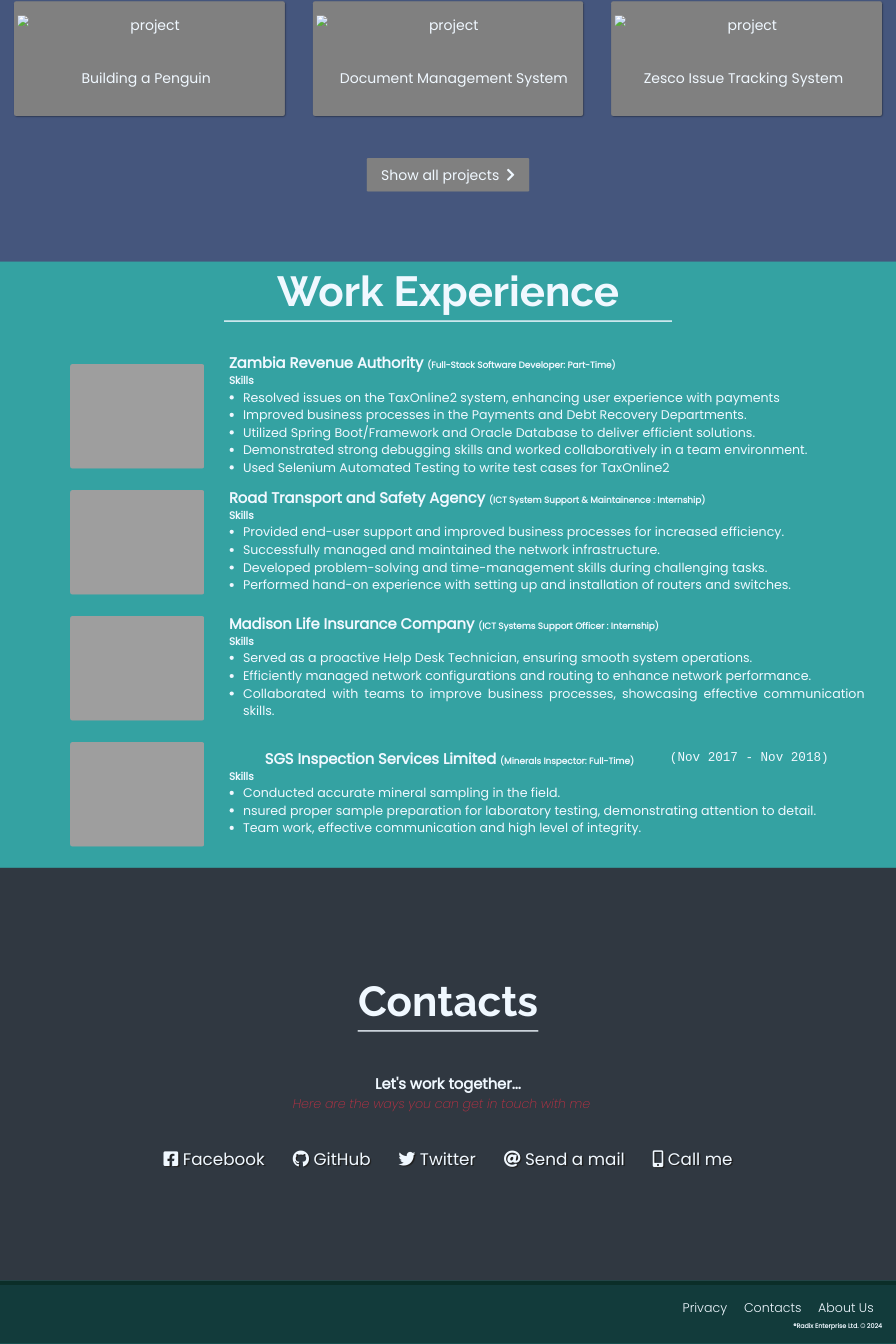
Repository: Lungdjos/personal_portifolio
Page: html/index.html
An editor plug-in stored every save of this project. The page is shown before and after the next save, followed by the edit.
The browser window is 1280 px wide. The pictures show the part of the page from y = 1224 to 3144 px (the page is 3144 px tall), at 70% of full size.
Pictures or frames that could not be fetched are drawn as grey boxes. Some web libraries are served in a nearby version.

Above is the page before, as saved 2024-02-04 02:41:15.

### html/index.html
<!DOCTYPE html>
<html lang="en">

<head>
    <meta charset="UTF-8">
    <meta name="viewport" content="width=device-width, initial-scale=1.0">
    <title>Personal Portifolio</title>
    <link rel="stylesheet" href="/css/styles.css">
    <link rel="stylesheet" href="https://use.fontawesome.com/releases/v5.8.2/css/all.css" integrity="sha384-oS3vJWv+0UjzBfQzYUhtDYW+Pj2yciDJxpsK1OYPAYjqT085Qq/1cq5FLXAZQ7Ay" crossorigin="anonymous">
    <link href="https://fonts.googleapis.com/css?family=Poppins:200i,300,400&amp;display=swap" rel="stylesheet">
    <link href="https://fonts.googleapis.com/css?family=Raleway:700&amp;display=swap" rel="stylesheet">
    <script src="edge-extension://ajdpfmkffanmkhejnopjppegokpogffp/assets/prompt.js"></script>
</head>

<body>
    <header class="header">
        <nav id="navbar">
            <ul class="nav-list">
                <li><a href="#welcome-section" class="nav-link"><i class=""></i>Home</a></li>
                <li>
                    <a href="#project-section" class="nav-link"> <i class=""></i>Projects</a>
                </li>
                <li>
                    <a href="#work-experience-section" class="nav-link"> <i class=""></i>Experience</a>
                </li>
                <li><a href="#contact-section" class="nav-link"><i class=""></i>Contacts</a></li>
            </ul>
        </nav>
    </header>
    <main class="m-3">
        <div id="spacer"></div>
        <section class="home" id="welcome-section">
            <div id="welcome-section">
                <h1 id="title">Hi there, I am Lungu</h1>
                <p id="sub-title"><span>a</span> <span>full-stack</span> <span>software</span> <span>developer</span></p>
            </div>
        </section>

        <div id="spacer"></div>
        <section class="project-section" id="project-section">
            <h1 id="project-heading" class="heading">Here are some Projects I have done</h1>

            <div class="project-grid">
                <a href="#" target="_blank" class="project project-title">
                    <img class="project-image" src="" alt="project">
                    <p class="project-title">
                        <span class="code">&lt;</span>Technical Document Page
                        <span class="code">/&gt;</span>
                    </p>
                </a>

                <a href="#" target="_blank" class="project project-title">
                    <img class="project-image" src="" alt="project">
                    <p class="project-title">
                        <span class="code">&lt;</span> Piano
                        <span class="code">/&gt;</span>
                    </p>
                </a>

                <a href="#" target="_blank" class="project project-title">
                    <img class="project-image" src="" alt="project">
                    <p class="project-title">
                        <span class="code">&lt;</span> Tribute Page
                        <span class="code">/&gt;</span>
                    </p>
                </a>

                <a href="#" target="_blank" class="project project-title">
                    <img class="project-image" src="" alt="project">
                    <p class="project-title">
                        <span class="code">&lt;</span> Building a Penguin
                        <span class="code">/&gt;</span>
                    </p>
                </a>

                <a href="#" target="_blank" class="project project-title">
                    <img class="project-image" src="" alt="project">
                    <p class="project-title">
                        <span class="code">&lt;</span> Document Management System
                        <span class="code">/&gt;</span>
                    </p>
                </a>

                <a href="#" target="_blank" class="project project-title">
                    <img class="project-image" src="" alt="project">
                    <p class="project-title">
                        <span class="code">&lt;</span> Zesco Issue Tracking System
                        <span class="code">/&gt;</span>
                    </p>
                </a>
            </div>

            <a href="#" class="btn btn-show-all" target="_blank">Show all projects<i class="fas fa-chevron-right"></i></a>
        </section>
        <div id="spacer"></div>
        <section class="work-exp-section" id="work-experience-section">
            <h1 class="heading work-exp-heading">Work Experience</h1>
            <div id="grid">
                <div id="icon"><img src="https://th.bing.com/th?id=OIP.rCZtK_dDgujHTn0u4EiHUwHaEX&w=325&h=191&c=8&rs=1&qlt=90&o=6&pid=3.1&rm=2" alt="icon"></div>
                <div class="experience">
                    <h3>Zambia Revenue Authority <small>(Full-Stack Software Developer: Part-Time)</small></h3>
                    <h5 class="skills">Skills</h5>
                    <p>
                        <ul>
                            <li>Resolved issues on the TaxOnline2 system, enhancing user experience with payments</li>
                            <li>Improved business processes in the Payments and Debt Recovery Departments.</li>
                            <li>Utilized Spring Boot/Framework and Oracle Database to deliver efficient solutions.</li>
                            <li>Demonstrated strong debugging skills and worked collaboratively in a team environment.</li>
                            <li>Used Selenium Automated Testing to write test cases for TaxOnline2</li>
                        </ul>
                    </p>
                </div>
            </div>

            <div id="grid">
                <div id="icon"><img src="https://th.bing.com/th?id=OIP.iDj6ErR_9QzKQiRz5T8xHQAAAA&w=158&h=159&c=8&rs=1&qlt=90&o=6&pid=3.1&rm=2" alt="icon"></div>
                <div class="experience">
                    <h3>Road Transport and Safety Agency <small>(ICT System Support & Maintainence : Internship)</small></h3>
                    <h5 class="skills">Skills</h5>
                    <p>
                        <ul>
                            <li>Provided end-user support and improved business processes for increased efficiency.</li>
                            <li>Successfully managed and maintained the network infrastructure.</li>
                            <li>Developed problem-solving and time-management skills during challenging tasks.</li>
                            <li>Performed hand-on experience with setting up and installation of routers and switches.</li>
                        </ul>
                    </p>
                </div>
            </div>

            <div id="grid">
                <div id="icon"><img src="https://th.bing.com/th?id=OIP.sgcljO8ZBHyturyXo14g8wAAAA&w=216&h=103&c=8&rs=1&qlt=90&o=6&pid=3.1&rm=2" alt="icon"></div>
                <div class="experience">
                    <h3>Madison Life Insurance Company <small>(ICT Systems Support Officer : Internship)</small></h3>
                    <h5 class="skills">Skills</h5>
                    <p>
                        <ul>
                            <li>Served as a proactive Help Desk Technician, ensuring smooth system operations.</li>
                            <li>Efficiently managed network configurations and routing to enhance network performance.</li>
                            <li>Collaborated with teams to improve business processes, showcasing effective communication skills.</li>
                        </ul>
                    </p>
                </div>
            </div>

            <div id="grid">
                <div id="icon"><img src="https://th.bing.com/th?id=OIP.TdyvCMy5NlyppvpqZwovrAHaE8&w=306&h=204&c=8&rs=1&qlt=90&o=6&pid=3.1&rm=2" alt="icon"></div>
                <div class="experience">
                    <div class="title-exp">
                        <h3>SGS Inspection Services Limited <small>(Minerals Inspector: Full-Time)</small></h3>
                        <code>(Nov 2017 - Nov 2018)</code>
                    </div>

                    <h5 class="skills">Skills</h5>
                    <p>
                        <ul>
                            <li>Conducted accurate mineral sampling in the field.</li>
                            <li>nsured proper sample preparation for laboratory testing, demonstrating attention to detail.</li>
                            <li>Team work, effective communication and high level of integrity.</li>
                        </ul>
                    </p>
                </div>
            </div>
        </section>
        <div id="spacer"></div>
        <section class="contact-section" id="contact-section">
            <h1 class="heading contacts-heading">Contacts</h1>
            <div class="contact-section-header">
                <h3>Let's work together...</h3>
                <p>Here are the ways you can get in touch with me <i class="fa-duotone fa-phone"></i></p>
            </div>
            <div id="contact-links">
                <a href="https://facebook.com/freecodecamp" target="_blank" class="btn contact-details"><i class="fab fa-facebook-square"></i> Facebook</a>
                <a id="profile-link" href="https://github.com/freecodecamp" target="_blank" class="btn contact-details"><i class="fab fa-github"></i> GitHub</a>
                <a href="https://twitter.com/freecodecamp" target="_blank" class="btn contact-details"><i class="fab fa-twitter"></i> Twitter</a>
                <a href="mailto:example@example.com" class="btn contact-details"><i class="fas fa-at"></i> Send a mail</a>
                <a href="tel:555-555-5555" class="btn contact-details"><i class="fas fa-mobile-alt"></i> Call me</a>
            </div>
        </section>
    </main>
    <footer>
        <ul>
            <li><a href="">Privacy</a></li>
            <li><a href="">Contacts</a></li>
            <li><a href="">About Us</a></li>
        </ul>
        <span>&REG;Radix Enterprise Ltd. &copy; 2024</span>
    </footer>
</body>

</html>

### css/styles.css
/** STYLING FOR THE PORTIFOLIO **/


/* the root selector */

:root {
    /* colors */
    --col-1: aliceblue;
    --col-2: grey;
    --col-3: orangered;
    --col-4: #be3144;
    --bc-1: #34a2a2;
    --bc-2: #0b2e28;
    --bc-3: #123b3b;
    --bc-4: #45567d;
    --bc-5: #303841;
    /* values */
}


/* general stylings */

html {
    font-size: 62.5%;
    box-sizing: border-box;
    scroll-behavior: smooth;
}

* {
    margin: 0;
    padding: 0;
}


/* box-sizing and font sizing */

*,
*::before,
*::after {
    box-sizing: inherit;
}


/* body styling */

body {
    font-family: 'Poppins', sans-serif;
    font-size: 1.8rem;
    font-weight: 400;
    line-height: 1.4;
    color: var(--col-1);
    background-color: var(--bc-1);
}


/* headings styling */

h1,
h2 {
    font-family: 'Raleway', sans-serif;
    font-weight: 600;
    text-align: center;
}

h1 {
    font-size: 6rem;
}

h2 {
    font-size: 4.2rem;
}


/* List and anchor styling */

ul {
    list-style: none;
}

a {
    color: var(--col-1);
    text-decoration: none;
}

img {
    display: block;
    width: 100%;
}


/** NAVIGATION BAR */


/* nav bar styling */

nav {
    font-weight: 600;
}

.header {
    display: flex;
    justify-content: flex-end;
    position: fixed;
    top: 0;
    left: 0;
    width: 100%;
    box-shadow: 0 2px 0 rgba(0, 0, 0, 0.4);
    z-index: 10;
    background-color: var(--bc-2);
}

nav>ul {
    display: flex;
    margin-right: 2rem;
    text-transform: uppercase;
}

.nav-list a {
    display: block;
    font-size: 2.2rem;
    padding: 2rem;
}

.nav-list a:hover {
    background: var(--bc-4);
}

.nav-list a:visited {
    border-bottom: .2rem solid #ff6347;
}


/* body styling */

#spacer {
    max-width: 1000px;
    width: 100%;
    margin: 0 auto;
}

main li {
    list-style-type: disc;
}


/** HOME PAGE */


/* Styling or the Home Page */

.home {
    width: 100%;
    height: 100vh;
    display: flex;
    flex-direction: column;
    justify-content: center;
    align-items: center;
    background: inherit;
    background-image: linear-gradient(62deg, #3a3d40 0%, #181719 100%);
}

#welcome-section>p {
    font-size: 3rem;
    font-weight: 200;
    font-style: italic;
    color: #d0a;
}

#title {
    transform-origin: center;
    animation: rotateAndChangeColor 14s infinite ease-in-out;
}

#sub-title {
    text-indent: 10px;
}

#sub-title span {
    display: inline-block;
    animation: fallAnimation 4s infinite ease-in-out forwards;
}


/** PROJECTS */


/* styling for projects */

.project-section {
    text-align: center;
    padding: 10rem 2rem;
    background: var(--bc-4);
}

.heading {
    max-width: 640px;
    margin: 0 auto 6rem auto;
    border-bottom: .2rem solid var(--col-1);
}


/* grids */

.project-grid {
    display: grid;
    grid-template-columns: repeat(auto-fit, minmax(360px, 1fr));
    grid-gap: 4rem;
    width: 100%;
    max-width: 1280px;
    margin: 0 auto;
    margin-bottom: 6rem;
}


/* individual projects */

.project {
    background: var(--col-2);
    box-shadow: 1px 1px 2px rgba(0, 0, 0, 0.4);
    border-radius: 3px;
}

.code {
    color: var(--col-2);
    transition: color 0.3s ease-out;
}

.project:hover .code {
    color: var(--col-3);
}

.project-image {
    height: calc(100% - 6.8rem);
    width: 100%;
    object-fit: cover;
}

.project-title {
    font-size: 2rem;
    padding: 2rem 0.5rem;
}

.btn {
    display: inline-block;
    padding: 1rem 2rem;
    border-radius: 2px;
}

.btn-show-all {
    font-size: 2rem;
    background: var(--col-2);
    transition: background 0.3s ease-out;
}

.btn-show-all:hover {
    background: var(--col-3);
}

.btn-show-all:hover>i {
    transform: translateX(2px);
}

.btn-show-all>i {
    margin-left: 10px;
    transform: translateX(0);
    transition: transform 0.3s ease-out;
}


/** WORK EXPERIENCE */

#work-experience-section {
    justify-content: center;
}

.work-exp-section small {
    font-size: 60%;
}

#work-experience-section #icon {
    display: flex;
    flex-direction: column;
    justify-content: center;
    align-items: center;
}

#work-experience-section img {
    border-radius: 3%;
    height: 150px;
    width: 15vw;
    margin-right: 2rem;
}

#work-experience-section .experience {
    display: flex;
    flex-direction: column;
    justify-content: center;
    height: 125px;
    width: 80vw;
    padding: 5px;
    margin: 1rem;
}

#grid {
    display: flex;
    margin: 3rem;
    margin-left: 10rem;
}

.experience {
    text-align: justify;
}

.experience ul {
    padding-left: 2rem;
}

.skills {
    color: var(--col-1);
}

.title-exp {
    display: flex;
    justify-content: space-evenly;
}

.title-exp code {
    flex-direction: flex-end;
}


/** CONTACTS */

#contact-section {
    display: flex;
    flex-direction: column;
    justify-content: center;
    align-items: center;
    text-align: center;
    padding: 0 3rem;
    width: 100%;
    height: 82vh;
    background: var(--bc-5);
}

.contact-section-header>h2 {
    font-size: 6rem;
}

.contact-section-header>p {
    font-style: italic;
    color: var(--col-4);
}

#contact-links {
    display: flex;
    justify-content: center;
    width: 100%;
    max-width: 980px;
    margin-top: 4rem;
    flex-wrap: wrap;
}

.contact-details {
    font-size: 2.4rem;
    text-shadow: 2px 2px 1px #1f1f1f;
    transition: transform 0.3s ease-out;
}

.contact-details:hover {
    transform: translateY(10px);
    color: var(--col-4);
}


/** FOOTER */


/* footer styling */

footer {
    font-weight: 300;
    padding: 2rem;
    background-color: var(--bc-3);
    border-top: 6px solid var(--bc-2);
}

footer>ul {
    display: flex;
    justify-content: flex-end;
}

footer>ul>li {
    padding: 0 12px;
}

footer>span {
    display: flex;
    justify-content: flex-end;
    margin-top: 6px;
    font-size: .9rem;
    font-weight: bold;
}


/** ANIMATIONS AND EFFECTS */


/* Welcome Page Animations */

@keyframes rotateAndChangeColor {
    0% {
        transform: rotateY(0deg);
        color: #333;
    }
    30% {
        transform: rotateY(360deg);
        color: #2e604a;
    }
    60% {
        transform: rotate(0deg);
        color: #45567d;
    }
    90% {
        transform: rotate(360deg);
        color: #ff6347;
    }
}

@keyframes fallAnimation {
    0% {
        transform: translateY(-60px);
        opacity: 0;
    }
    50% {
        transform: translateY(-60px);
        opacity: 0.4;
    }
    100% {
        transform: translateY(0);
        opacity: 1;
    }
}


/** STYLING FOR SMALL DEVICES */


/* 1200px / 16px = 75em */

@media (max-width: 75em) {
    html {
        font-size: 60%;
    }
}


/* 980px / 16px = 61.25em */

@media (max-width: 61.25em) {
    html {
        font-size: 58%;
    }
}


/* 460px / 16px = 28.75em */

@media (max-width: 28.75em) {
    html {
        font-size: 55%;
    }
}


/** NAV-BAR */


/* nav bar media queries */

@media (max-width: 28.75em) {
    #navbar {
        justify-content: center;
    }
    .nav-list {
        margin: 0 1rem;
    }
}


/** PROJECTS */


/* projects media query */

@media (max-width: 28.75em) {
    #project-heading {
        font-size: 4rem;
    }
}

@media (max-width: 30.625em) {
    .project-section {
        padding: 6rem 1rem;
    }
    .project-grid {
        grid-template-columns: 1fr;
    }
}


/** WORK EXPERIENCE */

@media (max-width: 550px) {
    #work-experience-section #icon {
        display: none;
    }
}

@media (max-width: 550px) {
    #work-experience-section .experience {
        width: 100%;
        text-align: center;
        padding: 0;
        height: 150px;
    }
}

@media (max-width: 650px) {
    #work-experience-section {
        margin-top: 0;
    }
}


/** CONTACTS */

@media (max-width: 28.75em) {
    .contact-section-header>h2 {
        font-size: 4rem;
    }
}


/** FOOTER */


/* footer */

@media (max-width: 28.75em) {
    footer {
        flex-direction: column;
        text-align: center;
    }
}

After the next save:
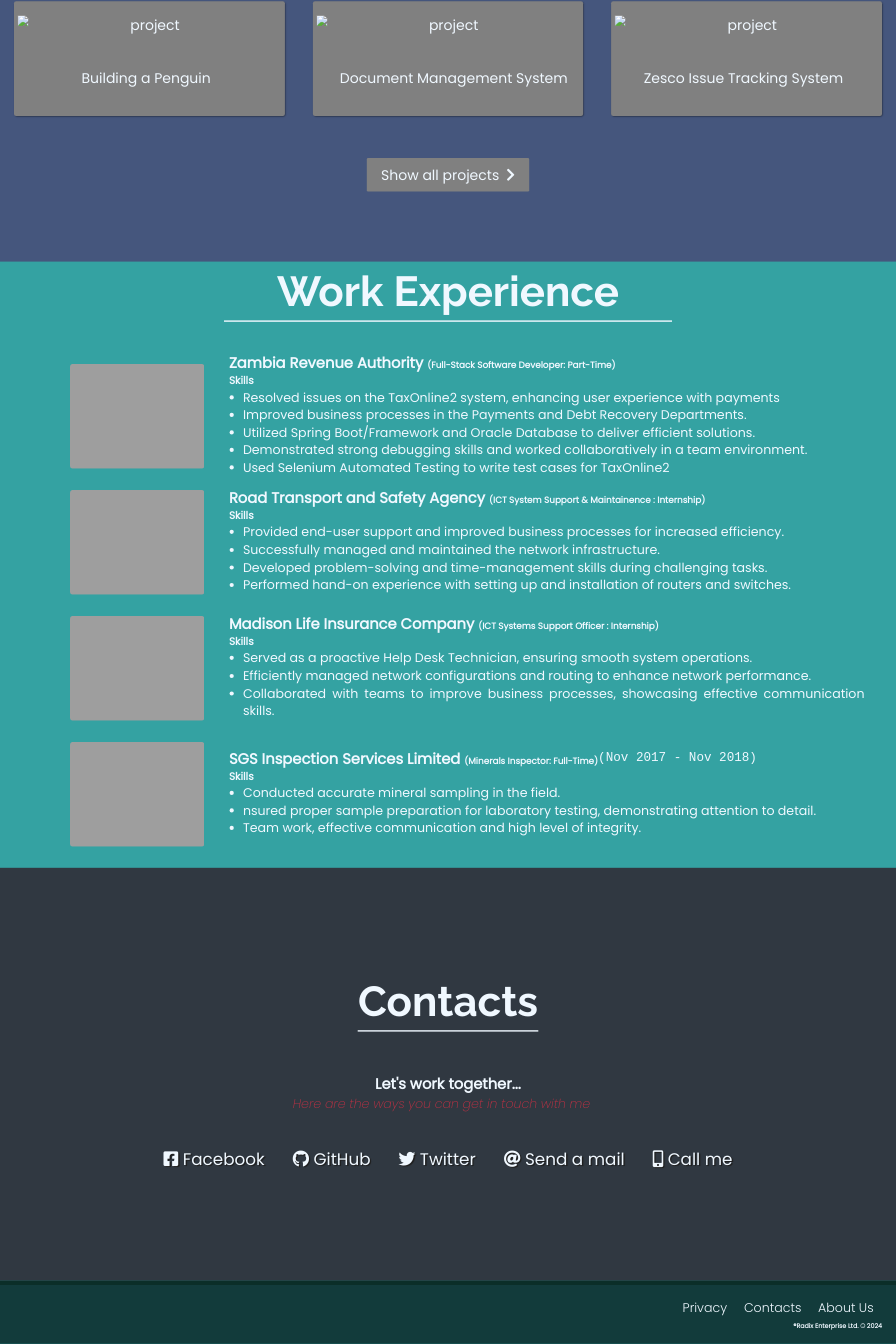
Saved 29 s later.
--- a/css/styles.css
+++ b/css/styles.css
@@ -321,7 +321,6 @@
 
 .title-exp {
     display: flex;
-    justify-content: space-evenly;
 }
 
 .title-exp code {

After the save that followed:
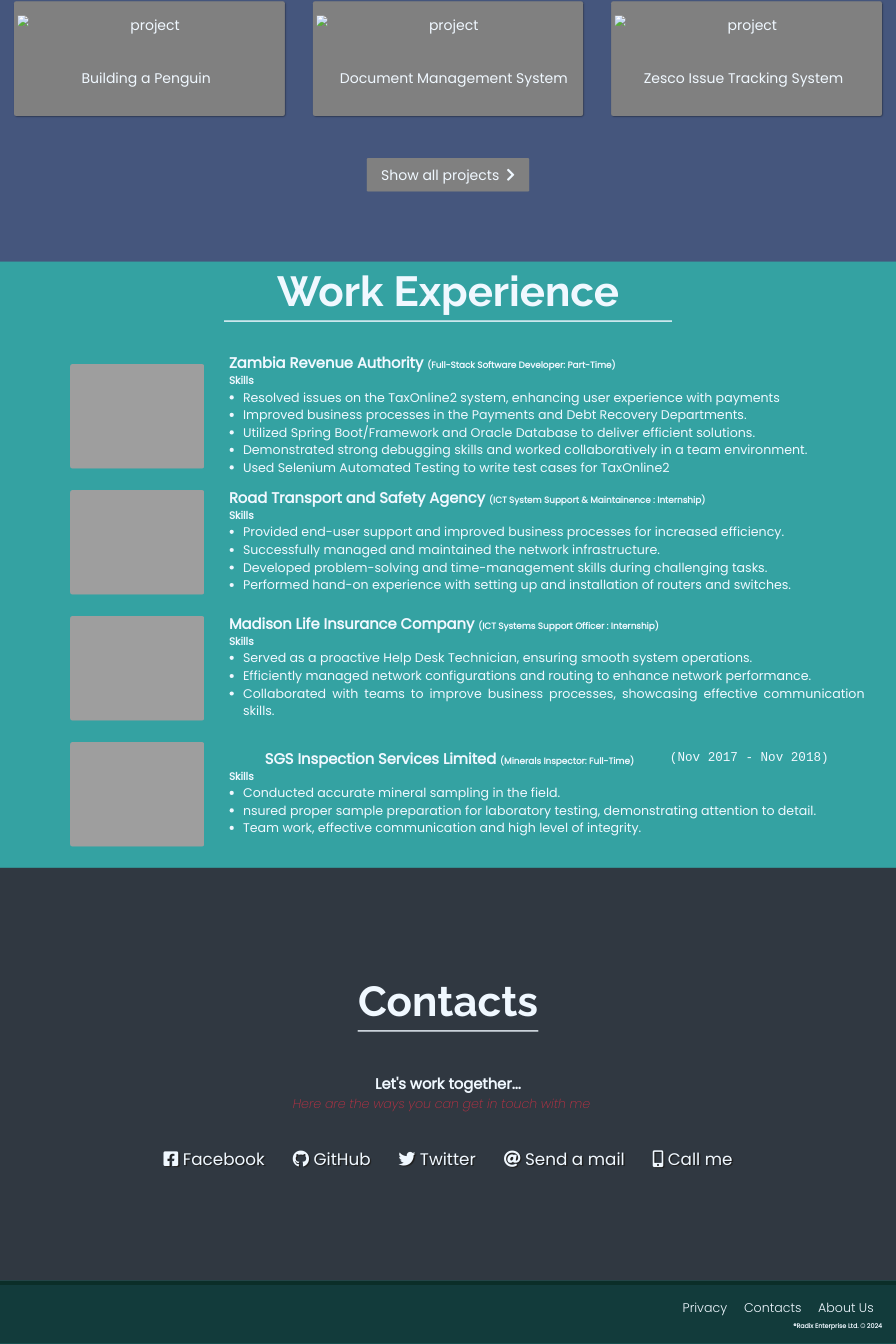
Saved 8 s later.
--- a/css/styles.css
+++ b/css/styles.css
@@ -321,6 +321,7 @@
 
 .title-exp {
     display: flex;
+    justify-content: space-evenly;
 }
 
 .title-exp code {
